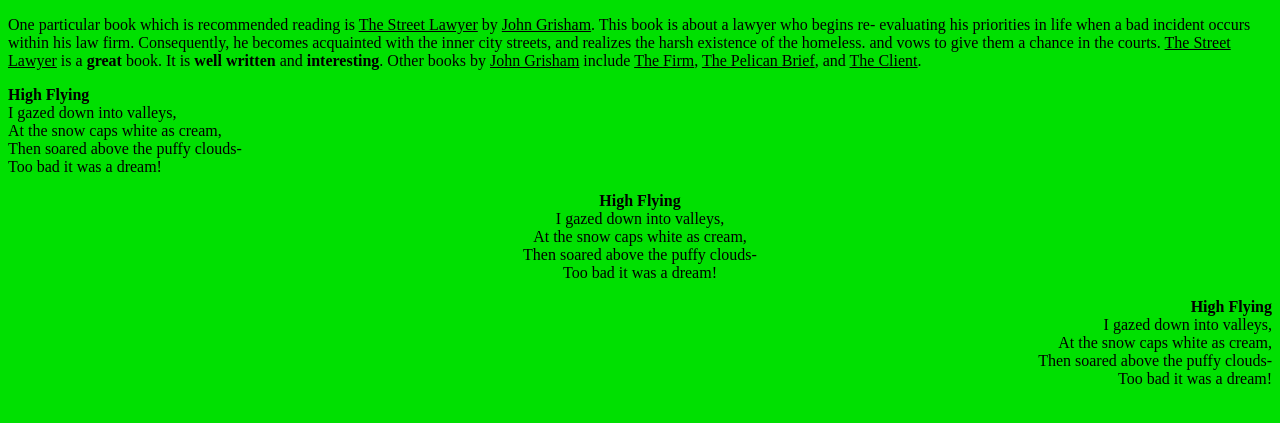
Repository: NguyenPhuSang21023391/HTCNWeb_T1-2
Page: TH_Tuan01/html/bai03.html
An editor plug-in stored every save of this project. The page is shown before and after the next save, followed by the edit.
The browser window is 1280 px wide. The pictures show the whole page.

Above is the page before, as saved 2023-02-19 16:37:28.

### TH_Tuan01/html/bai03.html
<!DOCTYPE html>
<html lang="en">
  <head>
    <meta charset="UTF-8" />
    <meta http-equiv="X-UA-Compatible" content="IE=edge" />
    <meta name="viewport" content="width=device-width, initial-scale=1.0" />
    <title>Document</title>
  </head>
  <body>
    <body bgcolor="goldenrot1">
    <p>
      One particular book which is recommended reading is
      <u>The Street Lawyer</u> by <u>John Grisham</u>. This book is about a
      lawyer who begins re- evaluating his priorities in life when a bad
      incident occurs within his law firm. Consequently, he becomes acquainted
      with the inner city streets, and realizes the harsh existence of the
      homeless. and vows to give them a chance in the courts.
      <u>The Street Lawyer</u> is a <b>great</b> book. It is
      <b>well written</b> and <b>interesting</b>. Other books by
      <u>John Grisham</u> include <u>The Firm</u>, <u>The Pelican Brief</u>, and
      <u>The Client</u>.
    </p>

    <p style="text-align: left">
      <b>High Flying</b> <br />I gazed down into valleys, <br />At the snow caps
      white as cream,<br />Then soared above the puffy clouds- <br />Too bad it
      was a dream!
    </p>

    <p style="text-align: center">
      <b>High Flying</b> <br />I gazed down into valleys, <br />At the snow caps
      white as cream,<br />Then soared above the puffy clouds- <br />Too bad it
      was a dream!
    </p>

    <p style="text-align: right">
      <b>High Flying</b> <br />I gazed down into valleys, <br />At the snow caps
      white as cream,<br />Then soared above the puffy clouds- <br />Too bad it
      was a dream!
    </p>
  </body>
</html>

After the next save:
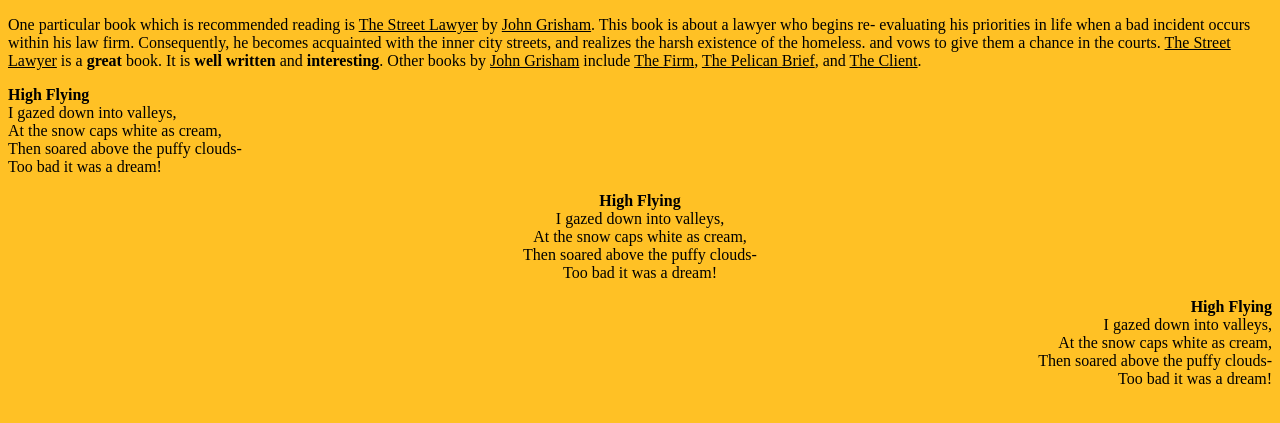
Saved 16 s later.
--- a/TH_Tuan01/html/bai03.html
+++ b/TH_Tuan01/html/bai03.html
@@ -7,7 +7,7 @@
     <title>Document</title>
   </head>
   <body>
-    <body bgcolor="goldenrot1">
+    <body bgcolor="#ffc125">
     <p>
       One particular book which is recommended reading is
       <u>The Street Lawyer</u> by <u>John Grisham</u>. This book is about a
